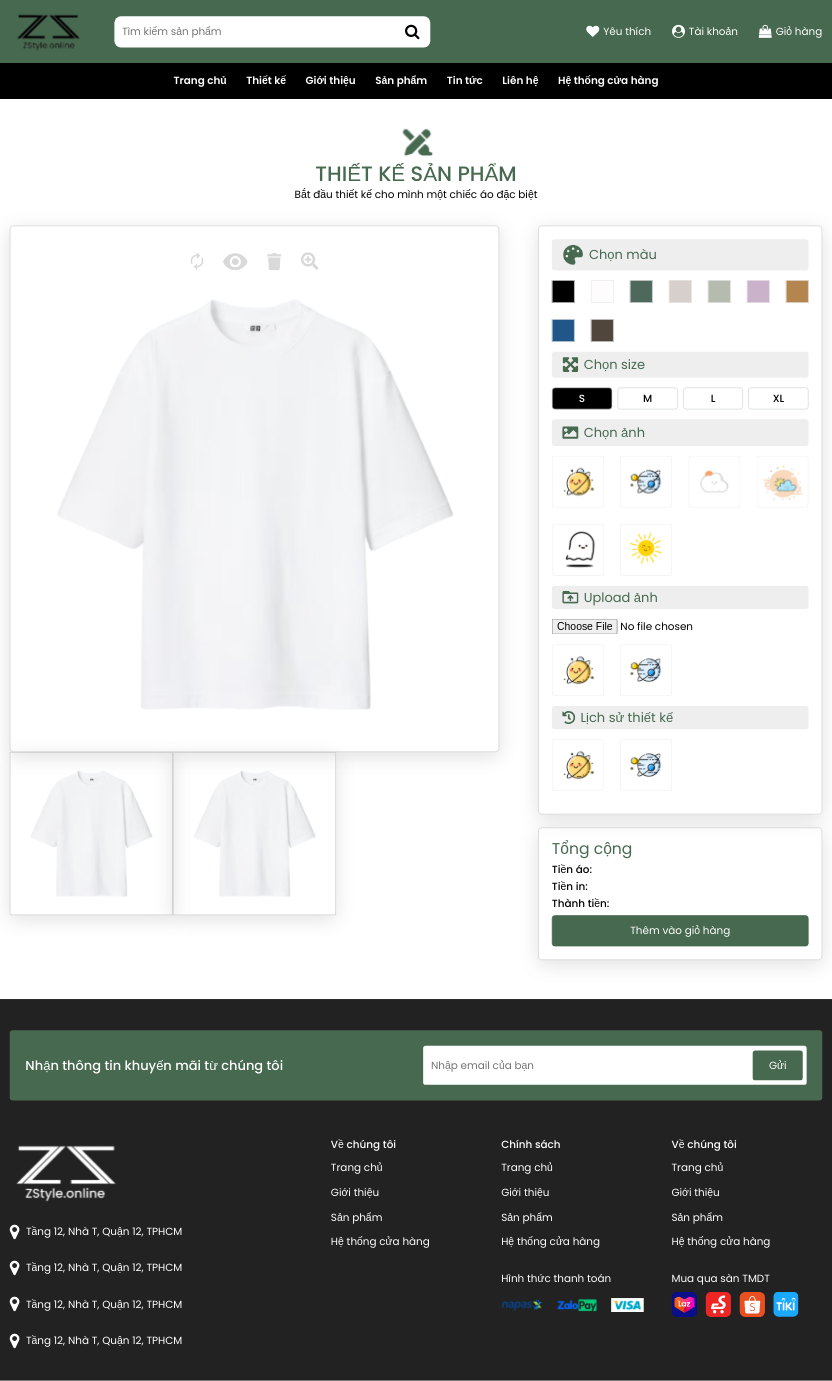
Repository: Toan3333/duanmau
Page: assets/pages/thietke.html
These files come from the project's save history. The page is drawn as it stood at one moment and after the next save; the edit follows.
The browser window is 1280 px wide. The pictures show the whole page, at 65% of full size.
Some web libraries are served in a nearby version.

Above is the page before, as saved 2023-11-07 20:29:28.
Console error: TypeError: Cannot read properties of null (reading 'addEventListener')

After the next save:
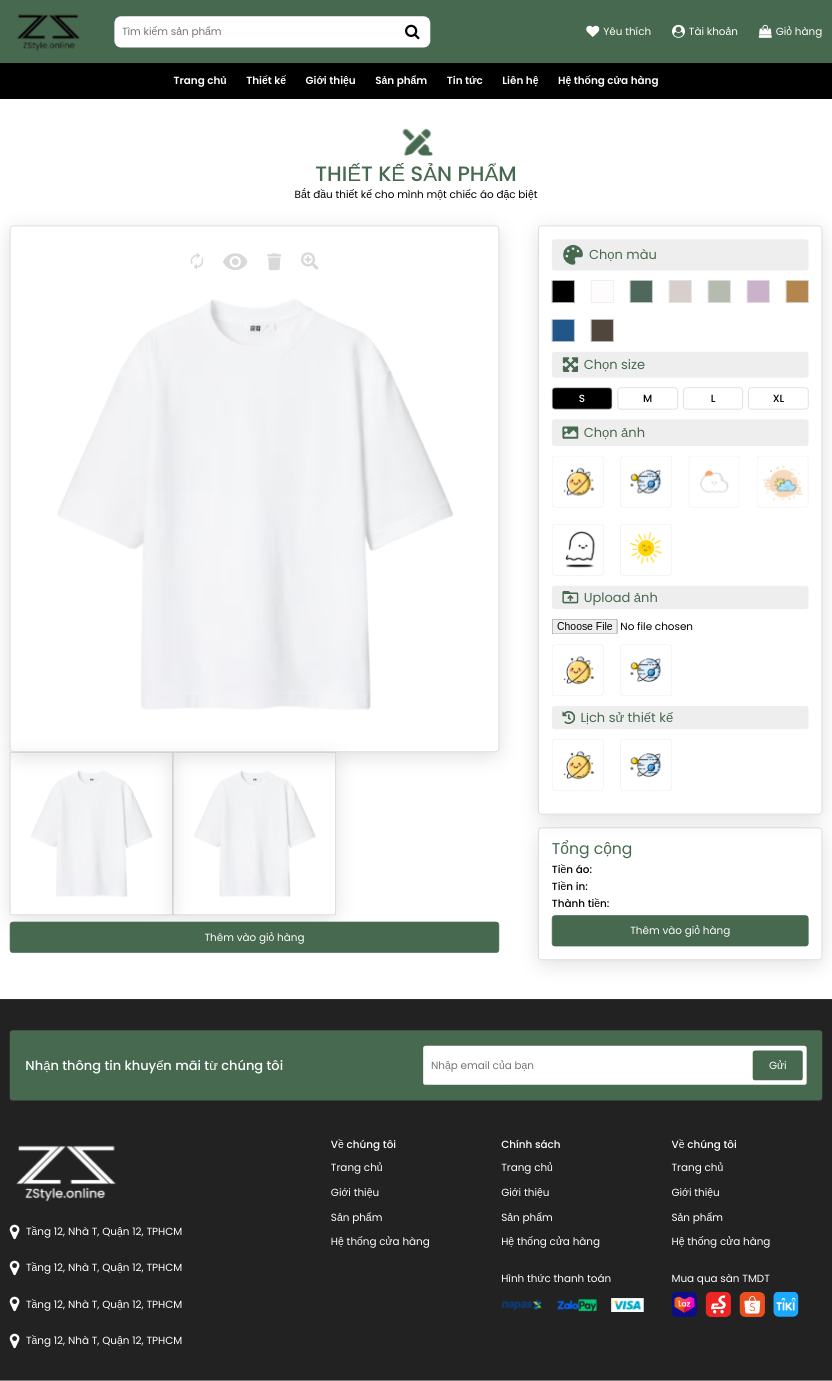
Saved 85 s later.
--- a/assets/pages/thietke.html
+++ b/assets/pages/thietke.html
@@ -155,6 +155,11 @@
                   <img src="../images/design.png" alt="" />
                 </div>
               </div>
+              <div class="design-left-save">
+                <div class="detail-btn custom-add">
+                  <button class="detail-button__cart design-btn">Thêm vào giỏ hàng</button>
+                </div>
+              </div>
             </div>
             <div class="design-right">
               <div class="custom-box">
